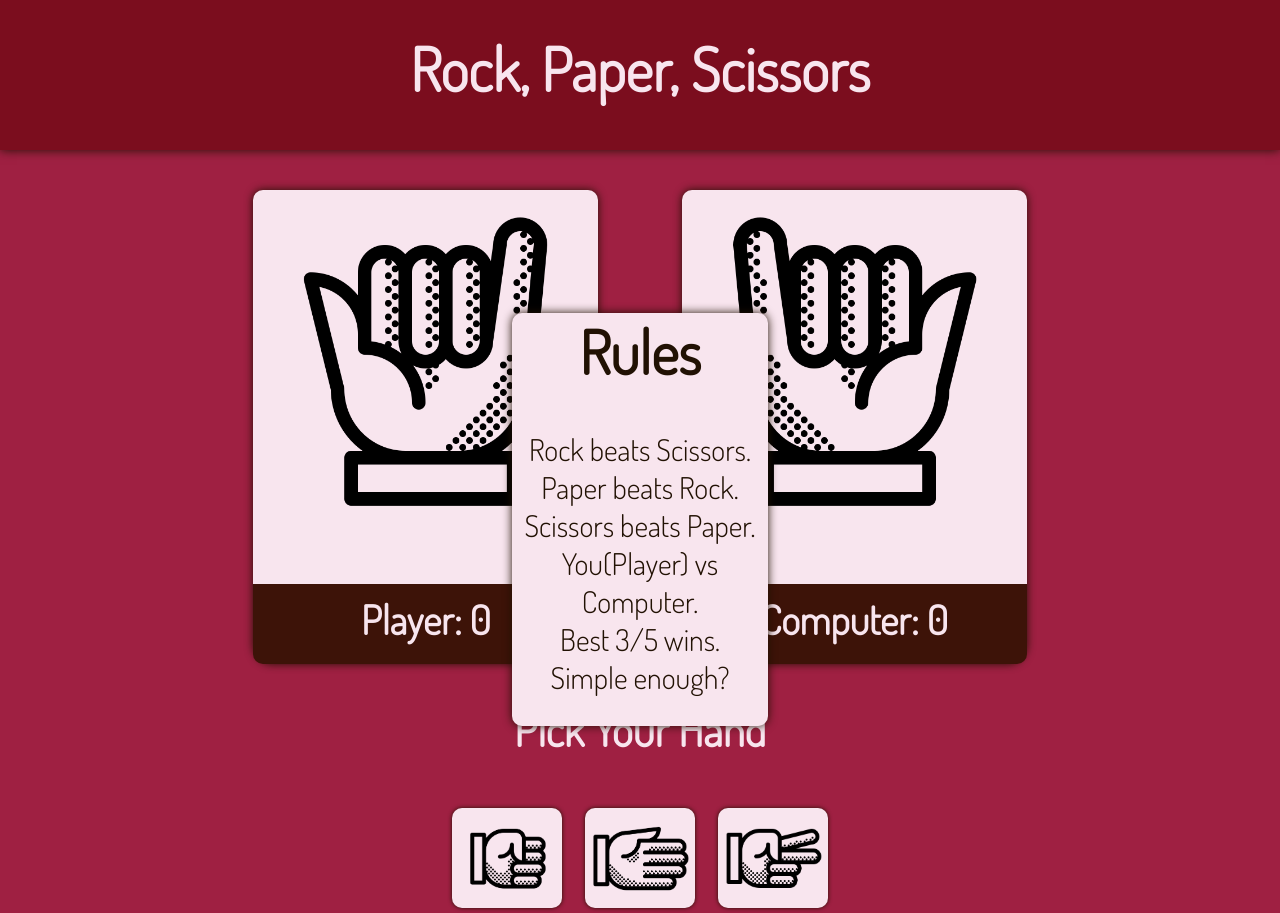
Repository: shayanabedi98/rock-paper-scissors
Page: index.html
These files come from the project's save history. The page is drawn as it stood at one moment and after the next save; the edit follows.
The browser window is 1280 px wide. The pictures show the whole page.

Above is the page before, as saved 2023-07-14 19:32:03.

After the next save:
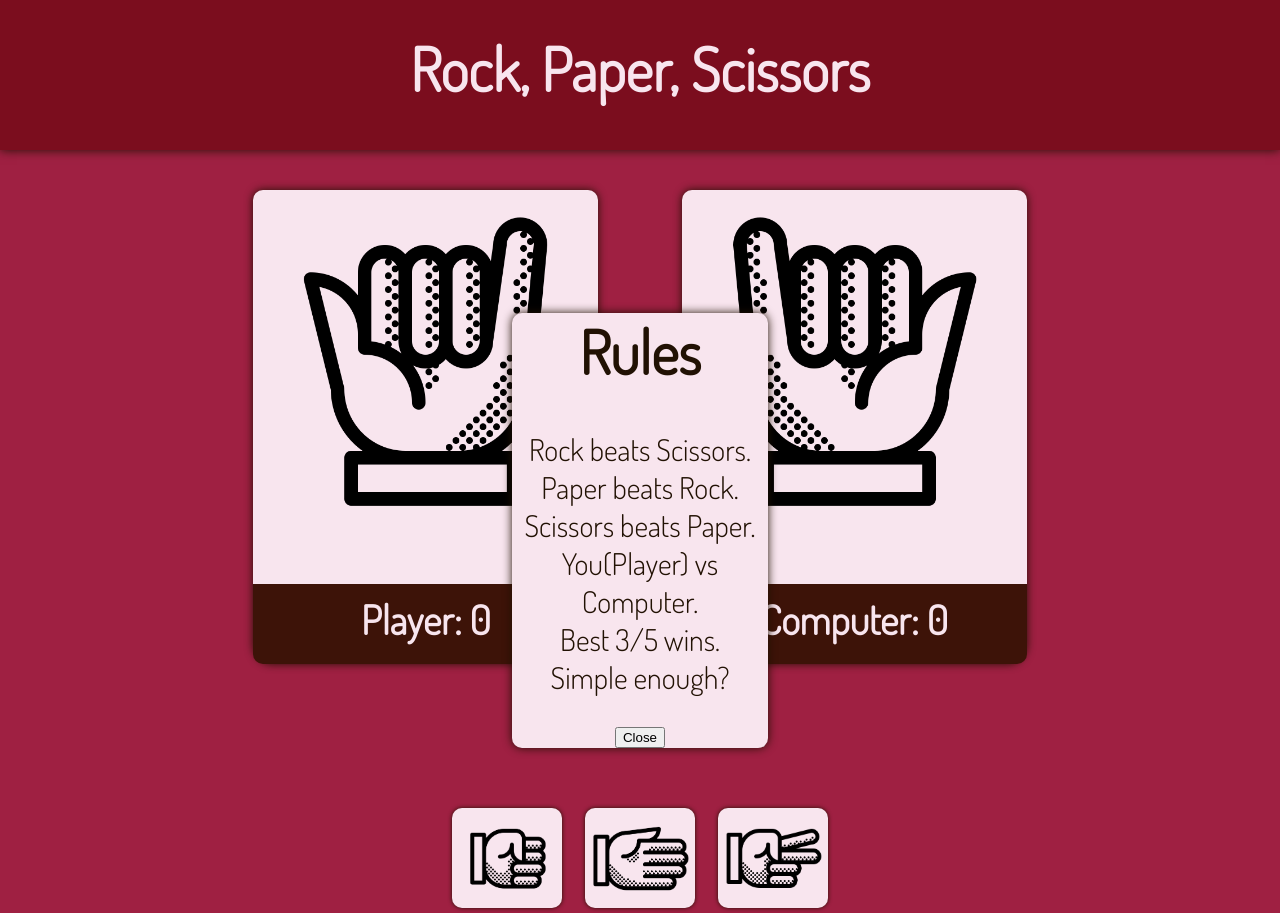
Saved 12 s later.
--- a/index.html
+++ b/index.html
@@ -38,6 +38,7 @@
     <div class="rules">
         <h1>Rules</h1>
         <p>Rock beats Scissors. <br>Paper beats Rock. <br>Scissors beats Paper. <br>You(Player) vs Computer. <br>Best 3/5 wins. <br>Simple enough?</p>
+        <button>Close</button>
     </div>
     <script src="index.js"></script>
 </body>
